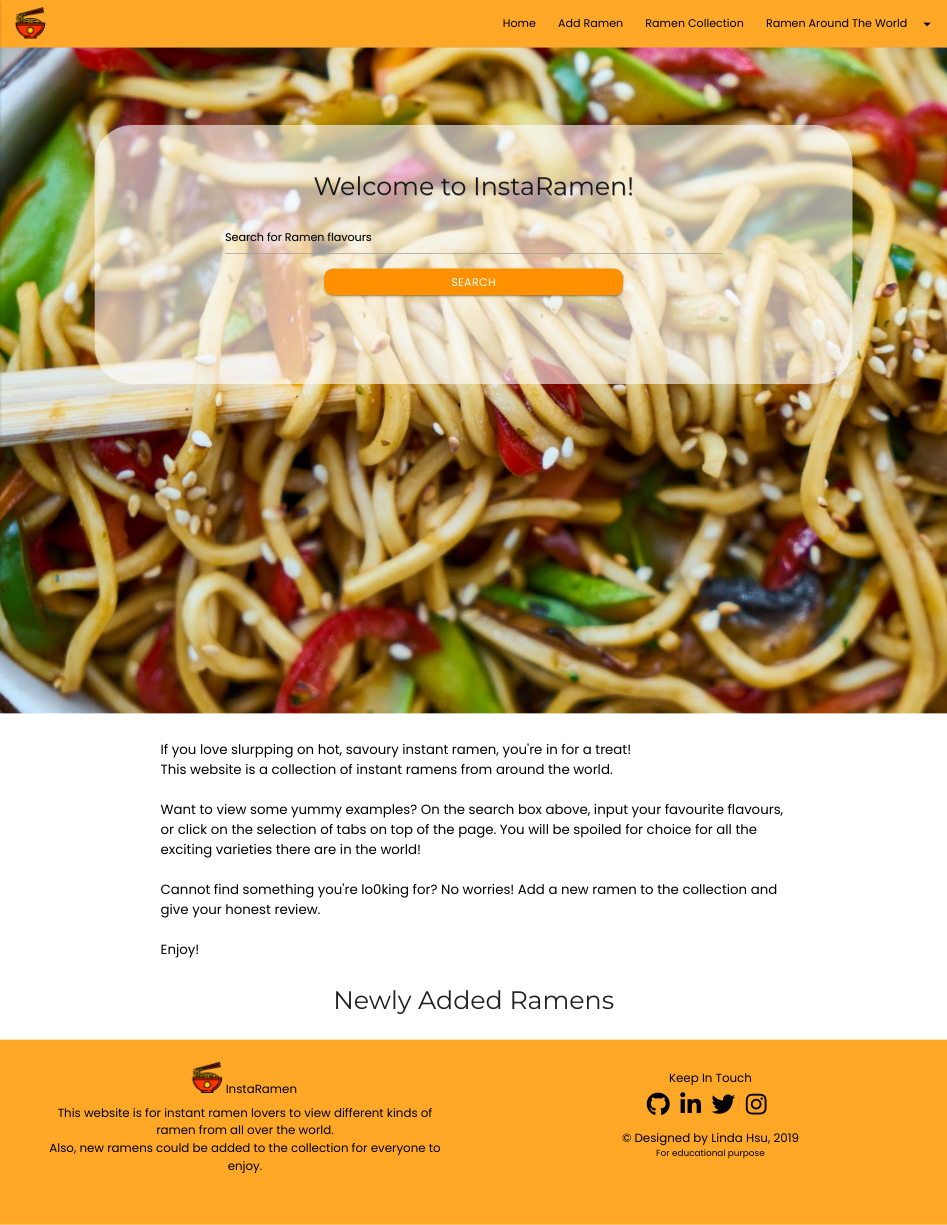
Repository: Paddlepop25/codeinstitute-insta-ramen
Page: http://localhost/
The author's editor kept a record of every edit. The page is drawn from the files as they stood at one moment, then again after the next edit.
The browser window is 1280 px wide. The pictures show the whole page, at 74% of full size.
Some web libraries are served in a nearby version. The page is served by the project's application, run on Flask 3 (app.py). Queries for data that is not in the repository find no rows.

Above is the page before.

After the next edit:
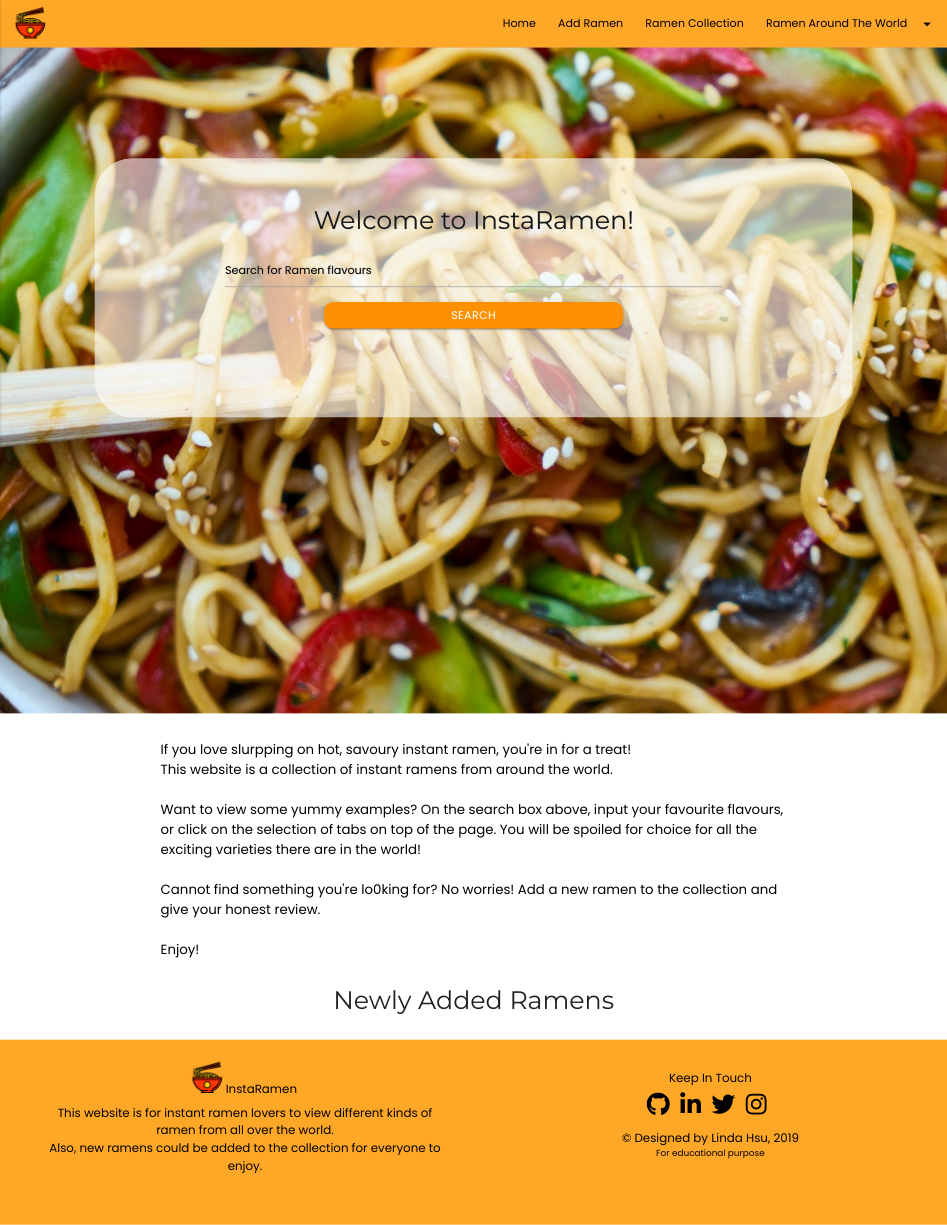
The edit:
--- a/static/styles/styles.css
+++ b/static/styles/styles.css
@@ -803,6 +803,16 @@
 }
 
 @media (min-width: 768px) {
+  .welcome-box {
+    position: relative;
+    top: 10rem;
+  }
+
+  .welcome-message {
+    position: relative;
+    top: -11rem;
+  }
+
   .ramen-form {
     padding: 50px;
   }
